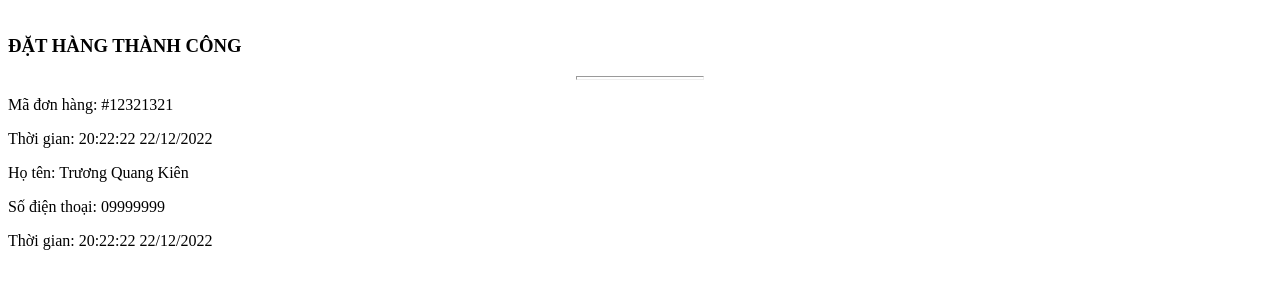
Repository: kienkiddo/BaiTapWebBanHang
Page: http://localhost/LapTrinhWebsite/home/view/thanks.jsp
These files come from the project's save history. The page is drawn as it stood at one moment and after a run of saves; the edit follows.
The browser window is 1280 px wide. The pictures show the whole page.
The page is served by Tomcat 9.

Above is the page before, as saved 2022-05-11 13:53:44.

After the next 2 saves:
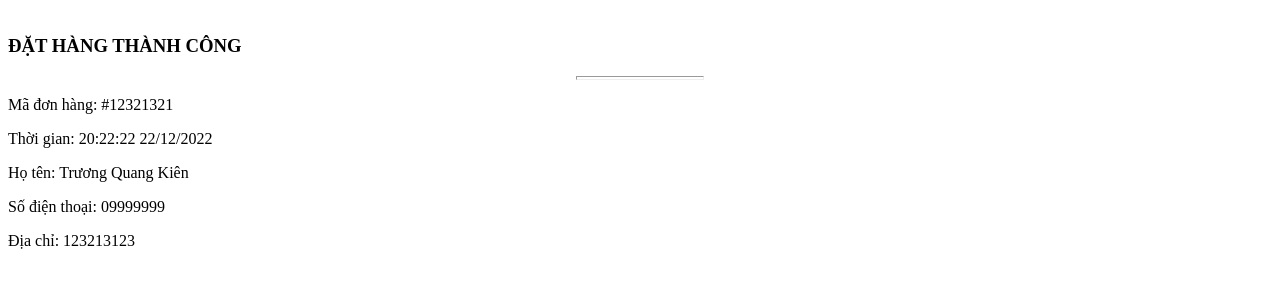
The 2 saves are shown as one change because they came seconds apart.
The last was saved 6 s later.
--- a/LapTrinhWebsite/src/main/webapp/home/view/thanks.jsp
+++ b/LapTrinhWebsite/src/main/webapp/home/view/thanks.jsp
@@ -21,7 +21,7 @@
 					Số điện thoại: <span class="font-weight-bold">09999999</span>
 				</p>
 				<p class="mb-0">
-					Thời gian: <span class="font-weight-bold">20:22:22 22/12/2022</span>
+					Địa chỉ: <span class="font-weight-bold">123213123</span>
 				</p>
 
 			</div>
